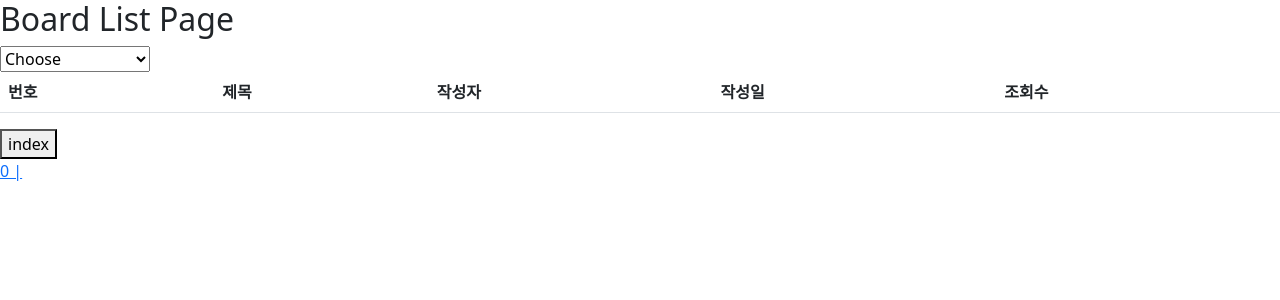
Repository: novemberjj/jsp
Page: http://localhost/jsp_project/board/list.jsp
These files come from the project's save history. The page is drawn as it stood at one moment and after the next save; the edit follows.
The browser window is 1280 px wide. The pictures show the whole page.
The page is served by Tomcat 9. Other server files are loaded and not shown. The template is opened directly, without the code that normally fills it, so the values that code supplies are empty.

Above is the page before, as saved 2023-05-24 02:36:32.

### jsp_project2/jsp_project/src/main/webapp/board/list.jsp
<%@ page language="java" contentType="text/html; charset=UTF-8"
    pageEncoding="UTF-8"%>
    <%@ taglib uri="http://java.sun.com/jsp/jstl/core" prefix="c"%>
<!DOCTYPE html>
<html>
<head>
<meta charset="UTF-8">
<title>Insert title here</title>
<link href="https://cdn.jsdelivr.net/npm/bootstrap@5.2.3/dist/css/bootstrap.min.css" rel="stylesheet" integrity="sha384-rbsA2VBKQhggwzxH7pPCaAqO46MgnOM80zW1RWuH61DGLwZJEdK2Kadq2F9CUG65" crossorigin="anonymous">
</head>
<body>
<script src="https://cdn.jsdelivr.net/npm/bootstrap@5.2.3/dist/js/bootstrap.bundle.min.js" integrity="sha384-kenU1KFdBIe4zVF0s0G1M5b4hcpxyD9F7jL+jjXkk+Q2h455rYXK/7HAuoJl+0I4" crossorigin="anonymous"></script>
<h2>Board List Page</h2>
<!-- 검색 라인 -->
<form action="/brd/page" method="post">
	<div>
		<select name="type">
			<option>Choose</option>
			<option >title</option>
			<option >content</option>
			<option >writer</option>
			<option>title or content</option>
			<option>title or writer</option>
			<option>content or writer</option>
			<option>All</option>
		</select>
	</div>
</form>

<table class="table table-hover">
<tr>
<th>번호</th>
<th>제목</th>
<th>작성자</th>
<th>작성일</th>
<th>조회수</th>

</tr>
<tbody>
<c:forEach items="${list }" var="bvo">
<tr>
<td>${bvo.bno }</td>
<td><a href="/brd/detail?bno=${bvo.bno }">${bvo.title }</a></td>
<td>${bvo.writer }</td>
<td>${bvo.reg_date }</td>
<td>${bvo.read_count }</td>

</tr>
</c:forEach>
</tbody>
</table>
<a href="/"><button type="button">index</button></a><br>

<!-- 페이지네이션 위치 -->
<!-- 컨트롤러에서 page 정보를 싣고 와야 함. -->
<!-- start~endPage까지 숫자 반복 foreach -->

<!-- 이전 페이지  -->
<c:if test="${pgh.prev }">
	<a href="/brd/page?pageNo=${pgh.startPage-1 }&qty=${pgh.pgvo.qty}"> ◁ </a>
</c:if>

<c:forEach begin="${pgh.startPage }" end="${pgh.endPage }" var="i">
	<a href="/brd/page?pageNo=${i }&qty=${pgh.pgvo.qty}">${i } | </a>
</c:forEach>

<!-- 다음 페이지  -->
<c:if test="${pgh.next }">
	<a href="/brd/page?pageNo=${pgh.endPage+1 }&qty=${pgh.pgvo.qty}"> ▷ </a>
</c:if>
</body>
</html>

After the next save:
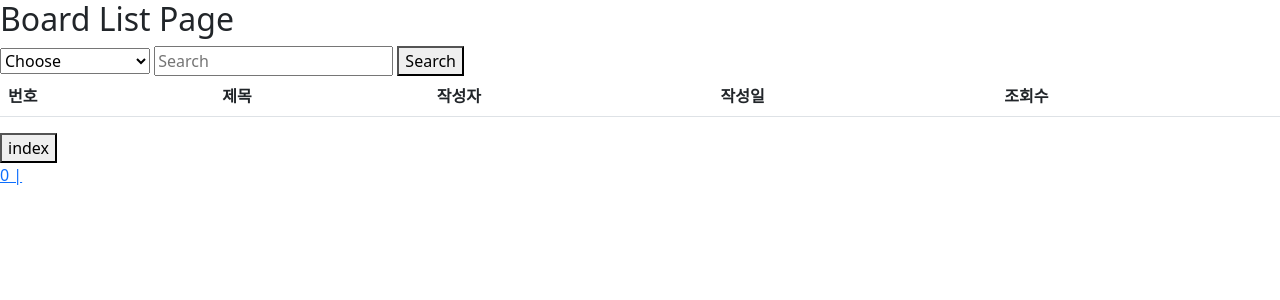
Saved 62 s later.
--- a/jsp_project2/jsp_project/src/main/webapp/board/list.jsp
+++ b/jsp_project2/jsp_project/src/main/webapp/board/list.jsp
@@ -16,14 +16,16 @@
 	<div>
 		<select name="type">
 			<option>Choose</option>
-			<option >title</option>
-			<option >content</option>
-			<option >writer</option>
+			<option>title</option>
+			<option>content</option>
+			<option>writer</option>
 			<option>title or content</option>
 			<option>title or writer</option>
 			<option>content or writer</option>
-			<option>All</option>
+			<option>all</option>
 		</select>
+		<input type="text" name="keyword" placeholder="Search">
+		<button type="submit">Search</button>
 	</div>
 </form>
 
